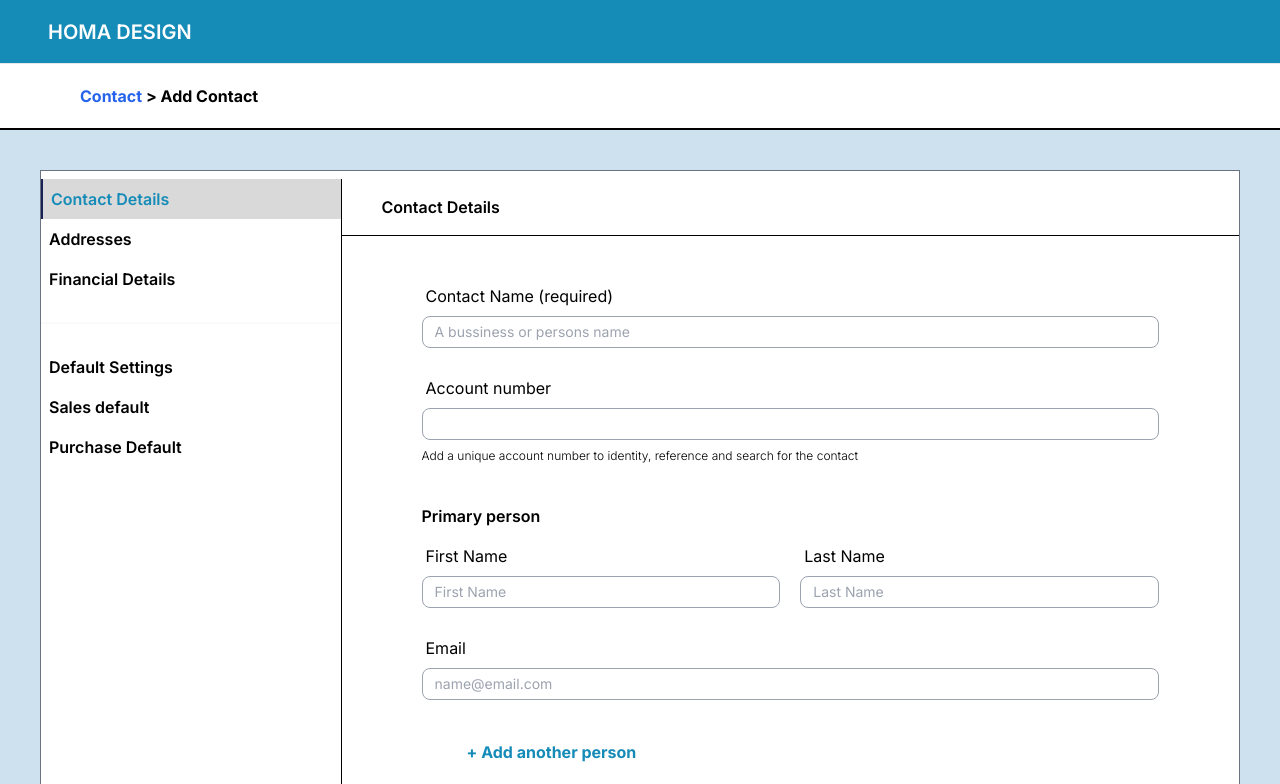
Repository: khairul35/homa-FE
Page: /contact
These files come from the project's save history. The page is drawn as it stood at one moment and after the next save; the edit follows.
The browser window is 1280 px wide. The pictures show the whole page.
An inner scrolling area shows only its first screen. The project was rebuilt for these pictures with package versions that can differ from the ones it lists, and the page was loaded fresh each time. The framework's server and built-in components were replaced by stand-ins that run in the browser. Also part of the build but not shown: next.config.js, app/components/layout/header/BusinessMenu.tsx, app/components/layout/header/CompanyMenu.tsx, app/contact/index.component.tsx.

Above is the page before, as saved 2024-01-07 09:56:41.

### app/layout.tsx
import type { Metadata } from 'next'
import { Inter } from 'next/font/google'
import Header from './components/layout/Header';
import './globals.css'

const inter = Inter({ subsets: ['latin'] })

export const metadata: Metadata = {
  title: 'MyAccount2U',
  description: 'Accounting System',
}

export default function RootLayout({
  children,
}: {
  children: React.ReactNode
}) {
  return (
    <html lang="en">
      <body className={inter.className}>
        <div className='flex flex-col h-screen'>
          <Header />
          {children}
        </div>
      </body>
    </html>
  )
}

### app/contact/page.tsx
'use client';
import { useState } from 'react';
import { ComponentProps, Contact } from './index.props';
import Component from './index.component';
import ContactForm from './form';
import { FormProps } from './form/index.props';

const emptySelectedContact: Contact = {
    id: null,
    name: '',
    accountNumber: '',
    youOwe: null,
    theyOwe: null,
    status: 'Active',
    type: 'Customers',
    website: null,
    registrationNumber: null,
    notes: null,
    isBillingSameAsDelivery: false,
    organizationId: null,
    contactPhoneNumber: [
        {
            countryCode: '+60',
            number: '',
        },
    ],
    contactPrimaryPerson: [
        {
            firstName: '',
            lastName: '',
            email: '',
        },
    ],
};

const Contact = () => {
    const [currentTab, setCurrentTab] = useState('all');
    const [show, setShow] = useState<'list'|'form'>('form');
    const [selectedContact, setSelectedContact] = useState<Partial<Contact>>(emptySelectedContact)
    const selectedStyle = {
        backgroundColor: '#ECECEC',
        borderBottom: '3px solid #158BB8',
    };

    const onClickAddContact = () => {
        setSelectedContact(emptySelectedContact)
        setShow('form');
    };

    // Function to handle changes in contact name or account number
    const handleContactChange = (e: React.ChangeEvent<HTMLInputElement>) => {
        const { name, value } = e.target;
        setSelectedContact({
            ...selectedContact,
            [name]: value,
        });
    };

    // Function to handle changes in primary person's details
    const handlePrimaryPersonChange = (index: number, field: string, value: string) => {
        const updatedPrimaryPersons = [...(selectedContact?.contactPrimaryPerson || [])];
        updatedPrimaryPersons[index] = {
            ...updatedPrimaryPersons[index],
            [field]: value,
        };
        setSelectedContact({
            ...selectedContact,
            contactPrimaryPerson: updatedPrimaryPersons,
        });
    };

    // Function to handle changes in phone number details
    const handlePhoneNumberChange = (index: number, field: string, value: string) => {
        const updatedPhoneNumbers = [...(selectedContact?.contactPhoneNumber || [])];
        updatedPhoneNumbers[index] = {
            ...updatedPhoneNumbers[index],
            [field]: value,
        };
        setSelectedContact({
            ...selectedContact,
            contactPhoneNumber: updatedPhoneNumbers,
        });
    };

    const onSaveDetail = () => {
        console.log(selectedContact);
    };

    const onCancel = () => {
        setShow('list');
    };

    const componentProps: ComponentProps = {
        currentTab,
        selectedStyle,
        setCurrentTab,
        onClickAddContact
    };

    const contactFormProps: FormProps = {
        selectedContact,
        setSelectedContact,
        setShow,
        handleContactChange,
        handlePrimaryPersonChange,
        handlePhoneNumberChange,
        onSaveDetail,
        onCancel,
    };

    if (show == 'list') {
        return (<Component {...componentProps} />);
    }
    if (show == 'form') {
        return (<ContactForm {...contactFormProps} />);
    }
    return(<></>);
};

export default Contact;

### app/contact/form/index.tsx
'use client';

import { useState } from "react";
import Component from "./index.component";
import { ComponentProps, FormProps } from "./index.props";

const ContactForm = (props: FormProps) => {
    const {
        selectedContact,
        setShow,
        setSelectedContact,
        handleContactChange,
        handlePrimaryPersonChange,
        handlePhoneNumberChange,
        onSaveDetail,
        onCancel,
    } = props;

    const [menu, setMenu] = useState<string>('details');

    const onBack = () => {
        setShow('list');
    };

    const addAnotherPerson = () => {
        const arr = selectedContact?.contactPrimaryPerson || [];
        arr.push({
            firstName: '',
            lastName: '',
            email: '',
        });
        const updatedDetail = {
            ...selectedContact,
            ...arr
        };
        setSelectedContact(updatedDetail);
    };

    const addPhoneNumber = () => {
        const arr = selectedContact?.contactPhoneNumber || [];
        arr.push({
            countryCode: '+60',
            number: '',
        });
        const updatedDetail = {
            ...selectedContact,
            ...arr
        };
        setSelectedContact(updatedDetail);
    };
    const componentProps: ComponentProps = {
        menu,
        selectedContact,
        addAnotherPerson,
        addPhoneNumber,
        setMenu,
        onBack,
        handleContactChange,
        handlePrimaryPersonChange,
        handlePhoneNumberChange,
        onSaveDetail,
        onCancel,
    };

    return (<Component {...componentProps} />)
};

export default ContactForm;

### api/organization/index.ts
import repository from "../repository";
import { CreateOrganizationProps, UpdateOrganizationProps } from "./props";

const resource = '/api/organization';

const api = {
    findMyOrganization() {
        return repository.get(`${resource}/me`);
    },
    findMyOrganizations() {
        return repository.get(`${resource}/me/all`);
    },
    createOrganization(body: CreateOrganizationProps) {
        return repository.post(`${resource}`, body);
    },
    updateOrganization(body: UpdateOrganizationProps) {
        return repository.put(`${resource}`, body);
    },
    updateCurrentOrganization(organizationId: number) {
        return repository.put(`${resource}/current-organization/${organizationId}`);
    },
};

export default api;

### app/contact/form/index.component.tsx
import { ComponentProps } from "./index.props"
import styles from './index.module.css';
import ContactDetails from "./contact-details";
import { ContactDetailProps } from "./contact-details/index.props";
import { ContactAddressProps } from "./address/index.props";
import ContactAddress from "./address";

const Component = (props: ComponentProps) => {
    const {
        menu,
        selectedContact,
        addAnotherPerson,
        addPhoneNumber,
        setMenu,
        onBack,
        handleContactChange,
        handlePrimaryPersonChange,
        handlePhoneNumberChange,
        onSaveDetail,
        onCancel,
    } = props;

    const contactDetailProps: ContactDetailProps = {
        contact: selectedContact,
        addAnotherPerson,
        addPhoneNumber,
        handleContactChange,
        handlePrimaryPersonChange,
        handlePhoneNumberChange,
        onSaveDetail,
        onCancel,
    };

    const contactAddressProps: ContactAddressProps = {
        onCancel,
    };

    const DetailComponent = () => {
        if (menu == 'details') {
            return (
                <>
                    <ContactDetails { ...contactDetailProps } />
                </>
            );
        }
        if (menu == 'address') {
            return (
                <>
                    <ContactAddress { ...contactAddressProps } />
                </>
            );
        }
        return (<></>)
    }

    return (
        <div className="bg-bg-color min-h-screen overflow-auto pb-5">
            <div className="bg-white border-b-2 border-black">
                <h1 className="pl-20 pt-5 pb-5 text-l font-bold">
                    <a
                        className="text-blue-600 cursor-pointer"
                        onClick={() => onBack()}
                    >
                        Contact
                    </a>
                    &nbsp;&gt; {selectedContact?.id ? selectedContact.name : 'Add Contact'}
                </h1>
            </div>
            <div
                className="flex
                    flex-col
                    md:flex-row
                    bg-white
                    m-10
                    pt-2
                    border-gray-500
                    border-solid
                    border"
                >
                <div className="md:w-1/4 md:order-1">
                    <div
                        className={`p-2 font-semibold cursor-pointer
                            ${styles.menu}
                            ${menu == 'details' ? styles.selectedMenu : ''}`
                        }
                        onClick={() => setMenu('details')}
                    >
                        Contact Details
                    </div>
                    <div
                        className={`p-2 font-semibold cursor-pointer
                            ${styles.menu}
                            ${menu == 'address' ? styles.selectedMenu : ''}`
                        }
                        onClick={() => setMenu('address')}
                    >
                        Addresses
                    </div>
                    <div
                        className={`p-2 font-semibold cursor-pointer
                            ${styles.menu}
                            ${menu == 'financial' ? styles.selectedMenu : ''}`
                        }
                        onClick={() => setMenu('financial')}
                    >
                        Financial Details
                    </div>
                    <div className="divider before:bg--gray-500 after:bg--gray-500"></div>
                    <div
                        className={`p-2 font-semibold cursor-pointer
                            ${styles.menu}
                            ${menu == 'setting' ? styles.selectedMenu : ''}`
                        }
                        onClick={() => setMenu('setting')}
                    >
                        Default Settings
                    </div>
                    <div
                        className={`p-2 font-semibold cursor-pointer
                            ${styles.menu}
                            ${menu == 'sales' ? styles.selectedMenu : ''}`
                        }
                        onClick={() => setMenu('sales')}
                    >
                        Sales default
                    </div>
                    <div
                        className={`p-2 font-semibold cursor-pointer
                            ${styles.menu}
                            ${menu == 'purchase' ? styles.selectedMenu : ''}`
                        }
                        onClick={() => setMenu('purchase')}
                    >
                        Purchase Default
                    </div>
                </div>
                <div className={`md:w-3/4 md:order-2 ${styles.leftDivider}`}>
                    <DetailComponent />
                </div>
            </div>
        </div>
    );
};

export default Component;

### api/repository.ts
import axios from 'axios';
import AuthRepository from './auth';

const repository = axios.create({
    baseURL: 'http://localhost:3000',
});

// Request interceptor to add Bearer token to outgoing requests
repository.interceptors.request.use(
    (config) => {
        const accessToken = localStorage.getItem('accessToken');
        if (accessToken) {
            config.headers.Authorization = `Bearer ${accessToken}`;
        }
        return config;
    },
    (error) => {
        return Promise.reject(error);
    }
);

let isRefreshing = false;
let failedQueue: any = [];

// Function to refresh the session and retry failed requests
async function retryFailedRequests(error: any) {
    if (isRefreshing) {
        try {
            const { data } = await AuthRepository.refreshToken();
            localStorage.setItem('accessToken', data.accessToken);
            localStorage.setItem('refreshToken', data.refreshToken);
            localStorage.setItem('isLogin', 'true');
            failedQueue.forEach((prom: any) => {
                prom.resolve(repository(prom.originalRequest));
            });
            failedQueue = [];
        } catch (error) {
            localStorage.setItem('isLogin', 'false');
            window.location.href = '/login';
            failedQueue.forEach((prom: any) => {
                prom.reject(error);
            });
            failedQueue = [];
        } finally {
            isRefreshing = false;
        }
    }
}

// Response interceptor to handle failed requests due to expired tokens
repository.interceptors.response.use(
    (response) => response,
    async (error) => {
        const {
            config,
            response: { status },
        } = error;

        if (status === 401) {
            const originalRequest = config;
            if (!isRefreshing) {
                isRefreshing = true;
                return new Promise((resolve, reject) => {
                    failedQueue.push({ resolve, reject, originalRequest });
                    retryFailedRequests(error);
                }).then((res) => {
                    return res;
                }).catch((err) => {
                    return Promise.reject(err);
                });
            } else {
                return new Promise((resolve, reject) => {
                    failedQueue.push({ resolve, reject, originalRequest });
                }).then((res) => {
                    return res;
                }).catch((err) => {
                    return Promise.reject(err);
                });
            }
        }
        return Promise.reject(error.response);
    }
);

export default repository;

### app/contact/form/index.module.css
.selectedMenu {
    background: #D9D9D9;
    color: #158BB8;
    border-left: 2px solid #192159 !important;
}

.menu:hover {
    background: #ececec;
    color: #158BB8;
    border-left: 2px solid #192059a1 !important;
}

.leftDivider {
    border-left: 1px solid #000;
}

### app/contact/form/contact-details/index.tsx
'use client';
import Component from "./index.component";
import { ComponentProps, ContactDetailProps } from "./index.props";

const ContactDetails = (props: ContactDetailProps) => {
    const {
        contact,
        addAnotherPerson,
        addPhoneNumber,
        handleContactChange,
        handlePrimaryPersonChange,
        handlePhoneNumberChange,
        onSaveDetail,
        onCancel,
    } = props;

    const componentProps: ComponentProps = {
        contact,
        addAnotherPerson,
        addPhoneNumber,
        handleContactChange,
        handlePrimaryPersonChange,
        handlePhoneNumberChange,
        onSaveDetail,
        onCancel,
    };

    return (<Component {...componentProps} />)
};

export default ContactDetails;

### api/auth.ts
import repository from "./repository";

const resource = "/api/auth";

const api = {
    login(username: string, password: string) {
        return repository.post(
            `${resource}/login`,
            { username, password },
        );
    },
    refreshToken() {
        return repository.post(
            `${resource}/refreshToken`,
            { refreshToken: localStorage.getItem('refreshToken') },
        );
    },
    logout() {
        return repository.post(`${resource}/logout`);
    },
    logoutAllDevice() {
        return repository.post(`${resource}/logout/all-device`);
    },
};

export default api;

### app/contact/form/contact-details/index.module.css
.divider {
    border-bottom: 1px solid #000;
}

.addAnotherPersonAnchor {
    color: #158BB8;
    padding: 5px;
    margin-top: 20px;
    cursor: pointer;
    font-weight: bold;
}

### tailwind.config.ts
import type { Config } from 'tailwindcss'

const config: Config = {
  content: [
    './pages/**/*.{js,ts,jsx,tsx,mdx}',
    './components/**/*.{js,ts,jsx,tsx,mdx}',
    './app/**/*.{js,ts,jsx,tsx,mdx}',
  ],
  theme: {
    extend: {
      backgroundImage: {
        'gradient-radial': 'radial-gradient(var(--tw-gradient-stops))',
        'gradient-conic':
          'conic-gradient(from 180deg at 50% 50%, var(--tw-gradient-stops))',
      },
      backgroundColor: {
        'bg-color': '#CEE1EE', // Define a custom background color class
      },
      button: {
        'primary': '#158BB8',
      },
      fontWeight: {
        'label': '600',
      },
    },
  },
  plugins: [require("daisyui")],
  daisyui: {
    themes: [
      {
        mytheme: {
          "primary": "#158BB8",
          "secondary": "#d926a9",
          "accent": "#1fb2a6",
          "neutral": "#2a323c",
          "base-100": "#1d232a",
          "info": "#3abff8",
          "success": "#36d399",
          "warning": "#fbbd23",
          "error": "#f87272",
        },
      },
    ],
  },
}
export default config

### app/contact/form/address/index.tsx
'use client';

import Component from "./index.component";
import { ComponentProps, ContactAddressProps } from "./index.props";

const ContactAddress = (props: ContactAddressProps) => {
    const { onCancel } = props;

    const componentProps: ComponentProps = {
        onCancel,
    };

    return <Component {...componentProps} />
};

export default ContactAddress;

### app/contact/form/address/index.component.tsx
import { ComponentProps } from "./index.props";
import styles from './index.module.css';
import countries from '@/constant/Country.json';

const Component = (props: ComponentProps) => {
    const { onCancel } = props;

    const labelClass = "input-sm input input-bordered  bg-white border-gray-400 w-full"

    const FakeCheckBox = () => {
        return (
            <svg xmlns="http://www.w3.org/2000/svg" width="20" height="20" viewBox="0 0 30 30" fill="none">
                <rect width="30" height="30" rx="5" fill="#158BB8"/>
                <path fill-rule="evenodd" clip-rule="evenodd" d="M21.6894 9C21.3155 9 20.9817 9.14689 20.7413 9.38727L12.3416 17.8003L9.28354 14.7289C9.04316 14.4885 8.70931 14.3416 8.3354 14.3416C7.60093 14.3416 7 14.9425 7 15.677C7 16.0509 7.14689 16.3848 7.38727 16.6251L11.3935 20.6313C11.6338 20.8717 11.9677 21.0186 12.3416 21.0186C12.7155 21.0186 13.0494 20.8717 13.2897 20.6313L22.6376 11.2835C22.8779 11.0432 23.0248 10.7093 23.0248 10.3354C23.0248 9.60093 22.4239 9 21.6894 9Z" fill="white"/>
            </svg>
        )
    }

    return (
        <div>
            <h2 className="p-4 pl-10 font-semibold">Address</h2>
            <div className={styles.divider}></div>
            <div className="p-5 lg:pl-20 lg:pr-20">
                <form method="dialog">
                    <label className="label mt-5">Attention</label>
                    <input
                        placeholder="Attention to"
                        className={labelClass}
                    />

                    <label className="label mt-5">Address</label>
                    <input
                        placeholder="Address Line 1"
                        className={labelClass}
                    />
                    <input
                        placeholder="Address Line 2"
                        className={`mt-3 ${labelClass}`}
                    />
                    <div className="flex flex-wrap justify-center md:justify-start gap-5">
                        <div className="w-full md:w-[calc(50%-10px)]">
                            <label className="label mt-5">City</label>
                            <input
                                placeholder="City"
                                className={labelClass}
                            />
                        </div>
                        <div className="w-full md:w-[calc(50%-10px)]">
                            <label className="label mt-5">State</label>
                            <input
                                placeholder="State"
                                className={labelClass}
                            />
                        </div>
                    </div>
                    <div className="flex flex-wrap justify-center md:justify-start gap-5">
                        <div className="w-full md:w-[calc(50%-10px)]">
                            <label className="label mt-5">Zip City</label>
                            <input
                                placeholder="Zip City"
                                className={labelClass}
                            />
                        </div>
                        <div className="w-full md:w-[calc(50%-10px)]">
                            <label className="label mt-5">Country</label>
                                <select
                                    placeholder="Country"
                                    className={labelClass}
                                >
                                    {
                                        countries.map((e) => (
                                            <option key={e.isoCode} value={e.name}>
                                                { e.name }
                                            </option>
                                        ))
                                    }
                                </select>
                        </div>
                    </div>
                    <div>
                        <FakeCheckBox />
                        Use as delivery address
                    </div>
                </form>
            </div>
        </div>
    )
};

export default Component;

### app/contact/form/address/index.module.css
.divider {
    border-bottom: 1px solid #000;
}

.addAnotherPersonAnchor {
    color: #158BB8;
    padding: 5px;
    margin-top: 20px;
    cursor: pointer;
    font-weight: bold;
}

Loaded but not shown: app/globals.css (common file); constant/Country.json (4142 lines, source omitted); app/components/layout/Header.tsx (150 lines, source omitted); app/contact/form/contact-details/index.component.tsx (165 lines, source omitted)

After the next save:
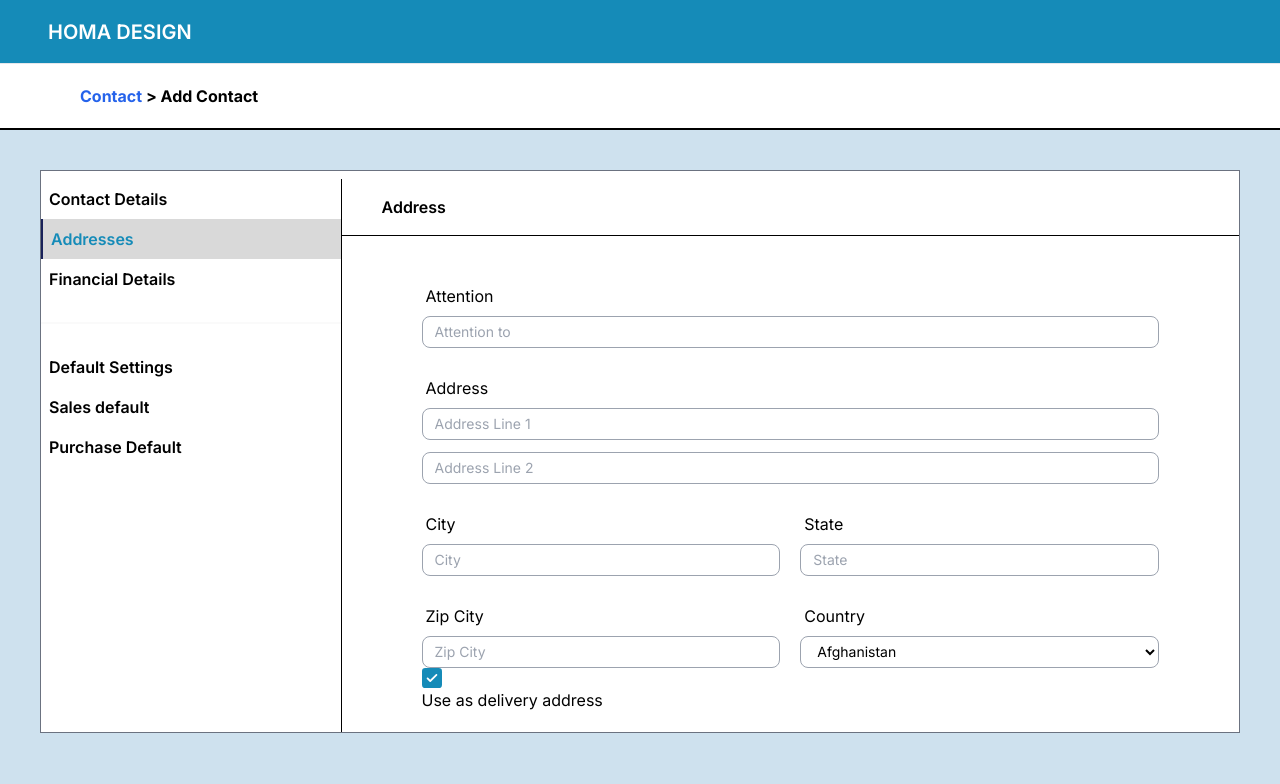
Saved 11 h 18 min later.
--- a/app/contact/form/index.tsx
+++ b/app/contact/form/index.tsx
@@ -16,7 +16,7 @@ const ContactForm = (props: FormProps) => {
         onCancel,
     } = props;
 
-    const [menu, setMenu] = useState<string>('details');
+    const [menu, setMenu] = useState<string>('address');
 
     const onBack = () => {
         setShow('list');
